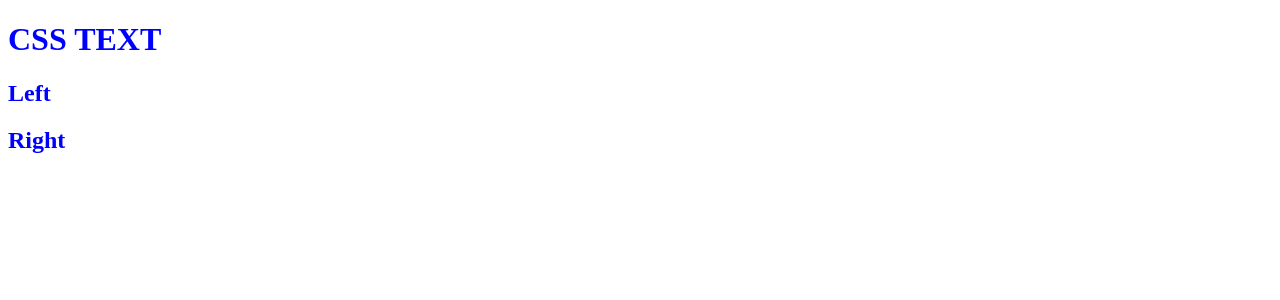
Repository: Dalso13/workspace
Page: workspace_exam/Test_1/WebContent/02_css/07_text.html
The author's editor kept a copy of each file at every save. The page is drawn from the files as they stood at one save, then again after the next save.
The browser window is 1280 px wide. The pictures show the whole page.

Above is the page before, as saved 2023-03-15 03:12:05.

### workspace_exam/Test_1/WebContent/02_css/07_text.html
<!DOCTYPE html>
<html>
<head>
<meta charset="UTF-8">
<title>Insert title here</title>
<style type="text/css">
	body{
		color:blue;
	}
</style>
</head>
<body>
	<h1>CSS TEXT</h1>
	<h2 Class="cls-left">Left</h2>
	<h2 Class="cls-center>Center</h2>
	<h2 Class="cls-right">Right</h2>
</body>
</html>

After the next save:
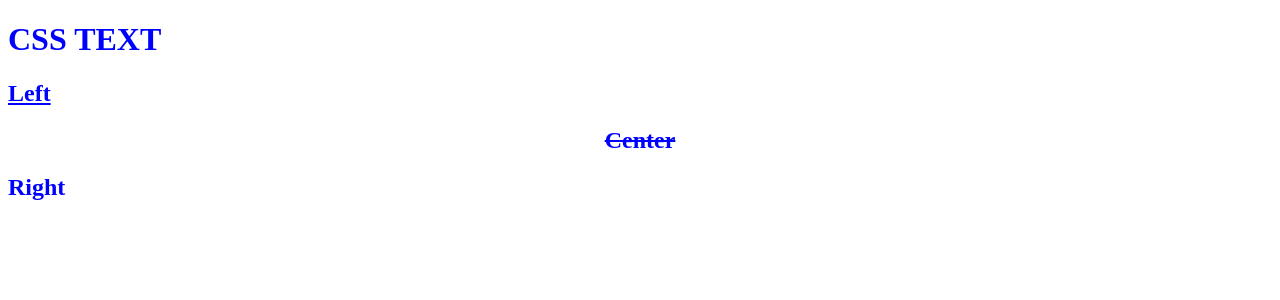
Saved 3 min 25 s later.
--- a/workspace_exam/Test_1/WebContent/02_css/07_text.html
+++ b/workspace_exam/Test_1/WebContent/02_css/07_text.html
@@ -7,12 +7,24 @@
 	body{
 		color:blue;
 	}
+	.cls-left{
+		text-align: left;
+		text-decoration: underline;
+	}
+	.cls-center{
+		text-align: center;
+		text-decoration: line-through;
+	}
+	.cls-right{
+		text-align: right;
+		text-decoration: overline;
+	}
 </style>
 </head>
 <body>
 	<h1>CSS TEXT</h1>
 	<h2 Class="cls-left">Left</h2>
-	<h2 Class="cls-center>Center</h2>
-	<h2 Class="cls-right">Right</h2>
+	<h2 Class="cls-center">Center</h2>
+	<h2 Class="cls-Right">Right</h2>
 </body>
 </html>
